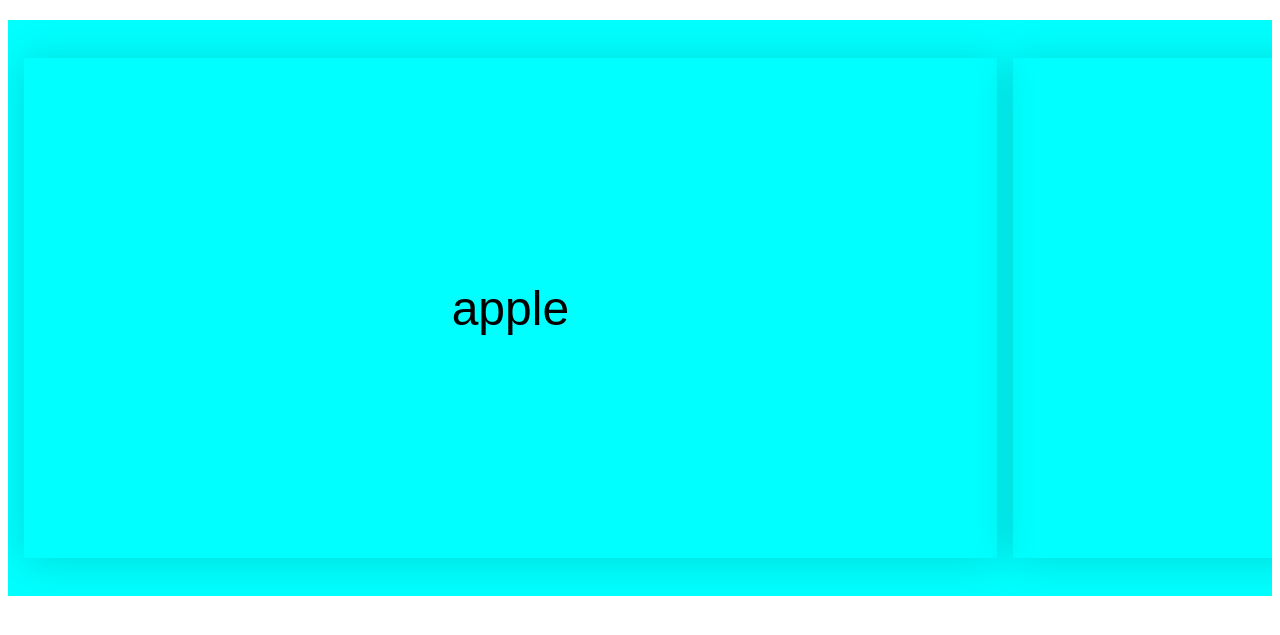
Repository: lzh15378738622/scroll-snap
Page: index.html
These files come from the project's save history. The page is drawn as it stood at one moment and after the next save; the edit follows.
The browser window is 1280 px wide. The pictures show the whole page.

Above is the page before, as saved 2022-02-26 23:17:43.

### index.html
<!--
 * @Date: 2022-02-26 11:43:45
 * @LastEditors: lzh886
 * 简单的滚动还在用swiper?
 * @LastEditTime: 2022-02-26 23:15:52
 * @FilePath: /scroll-snap/index.html
-->
<!DOCTYPE html>
<html lang="en">
  <head>
    <meta charset="UTF-8" />
    <meta http-equiv="X-UA-Compatible" content="IE=edge" />
    <meta name="viewport" content="width=device-width, initial-scale=1.0" />
    <title>Document</title>
    <link rel="stylesheet" href="./style.css" />
    <style></style>
  </head>

  <body>
    <main>
      <div>apple</div>
      <div>banana</div>
      <div>pear</div>
      <div>orange</div>
      <div>papa</div>
    </main>
  </body>
</html>

### style.css
@import url(https://fonts.googleapis.com/css?family=Source+Sans+Pro:300,400,600,700,300italic,400italic,600italic);
      body {
        font-family: "Merriweather Sans", sans-serif;
      }
      main {
        display: grid;
        grid-template-columns: repeat(5, 1fr);
        overflow-x: auto;
        padding-block: 38px;
        padding-inline: 1rem;
        margin-block: 20px;
        gap: 1rem;
        scroll-snap-type: x mandatory;
      }
      div {
        width: 76vw;
        height: 500px;
        /* background: linear-gradient(red, green); */
        box-shadow: 0 2px 40px rgba(0, 0, 0, 0.15);
        scroll-behavior: smooth;
        scroll-snap-align: center;
        scroll-snap-stop: always;
        display: flex;
        justify-content: center;
        align-items: center;
        font-size: 3rem;
      }
      main:first-child{
        background-color: aqua;
      }

After the next save:
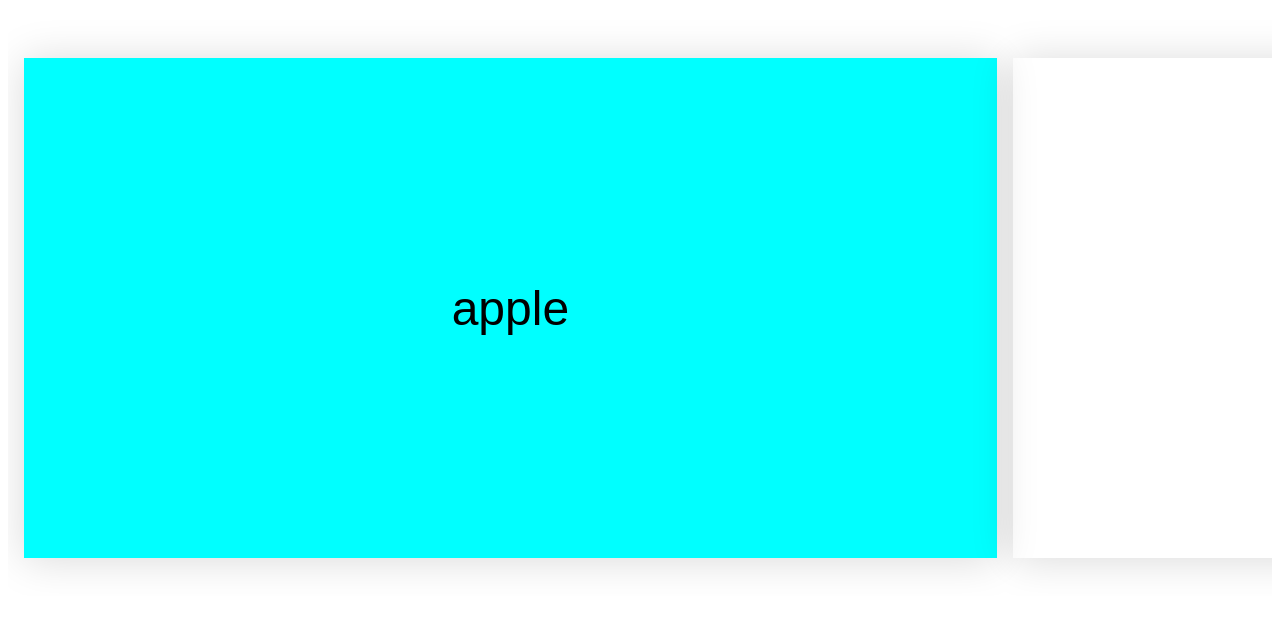
Saved 38 s later.
--- a/style.css
+++ b/style.css
@@ -25,6 +25,6 @@
         align-items: center;
         font-size: 3rem;
       }
-      main:first-child{
+      main div:first-child{
         background-color: aqua;
       }
